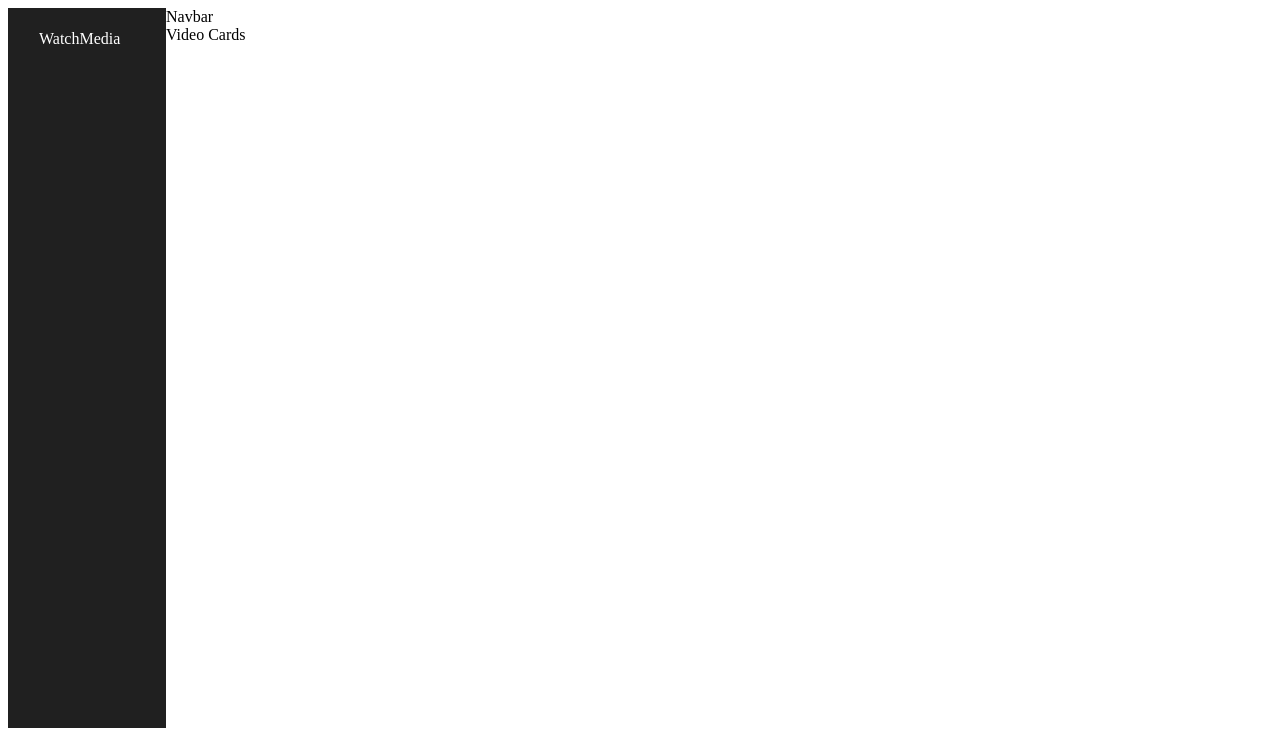
Repository: inzamamahmad3/final-year-project-skeleton
Page: /video/test
These files come from the project's save history. The page is drawn as it stood at one moment and after the next save; the edit follows.
The browser window is 1280 px wide. The pictures show the whole page.
The project was rebuilt for these pictures with package versions that can differ from the ones it lists, and the page was loaded fresh each time.

Above is the page before, as saved 2023-07-17 23:45:02.

### src/App.js
import styled from "styled-components";
import Menu from "./components/Menu";
import Navbar from "./components/Navbar";

const Container = styled.div`
  display: flex;
`;
const Main = styled.div`
  flex: 7;
`;
const Wrapper = styled.div``;

function App() {
  return (
    <>
      <Container>
        <Menu />
        <Main>
          <Navbar />
          <Wrapper>Video Cards</Wrapper>
        </Main>
      </Container>
    </>
  );
}

export default App;

### src/components/Menu.jsx
import React from "react";
import styled from "styled-components";
import watch from "../img/pic.png";

const Container = styled.div`
  flex: 1;
  background-color: #202020;
  height: 100vh;
  color: white;
`;

const Wrapper = styled.div`
  padding: 18px 26px;
`;

const Logo = styled.div`
  display: flex;
  align-items: center;
  gap: 5px;
`;

const Img = styled.img`
  height: 25px;
`;
function Menu() {
  return (
    <Container>
      <Wrapper>
        <Logo>
          <Img src="" />
          WatchMedia
        </Logo>
      </Wrapper>
    </Container>
  );
}

export default Menu;

Loaded but not shown: public/index.html (common file); src/index.js (common file); src/components/Navbar.jsx (common file)

After the next save:
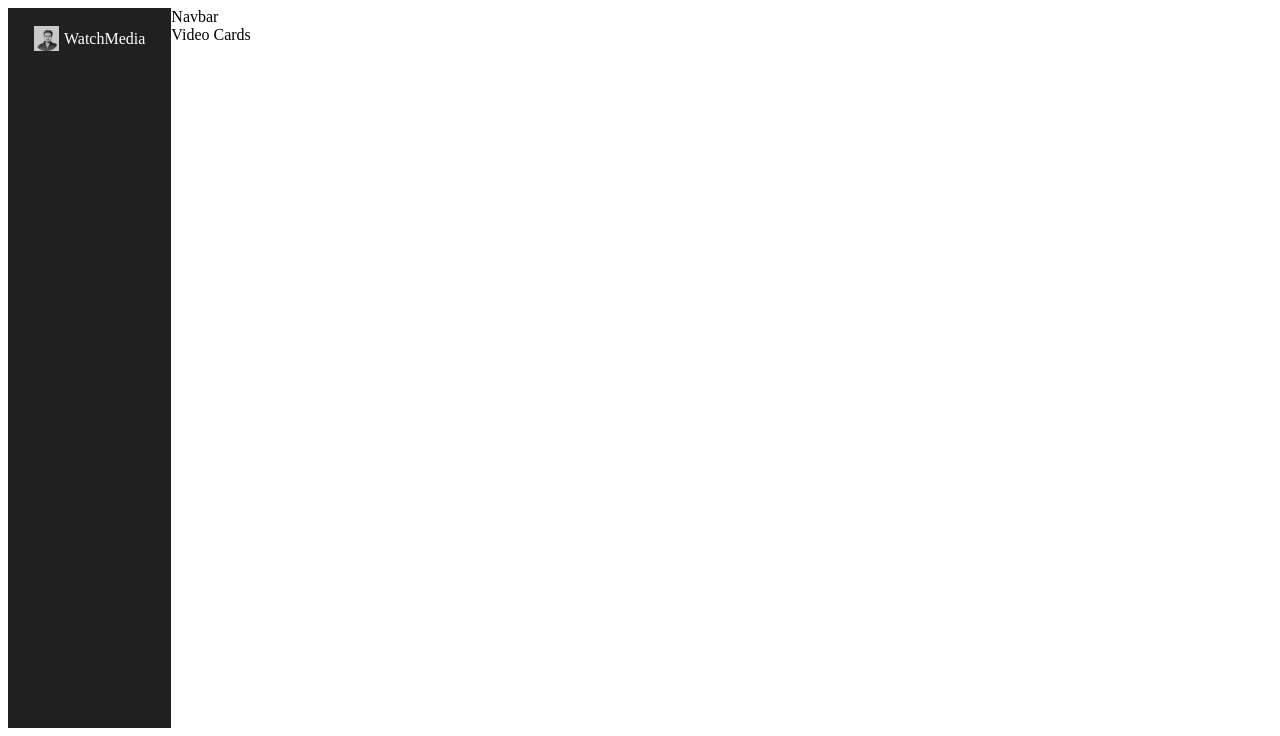
Saved 20 s later.
--- a/src/components/Menu.jsx
+++ b/src/components/Menu.jsx
@@ -27,7 +27,7 @@ function Menu() {
     <Container>
       <Wrapper>
         <Logo>
-          <Img src="" />
+          <Img src={watch} />
           WatchMedia
         </Logo>
       </Wrapper>
